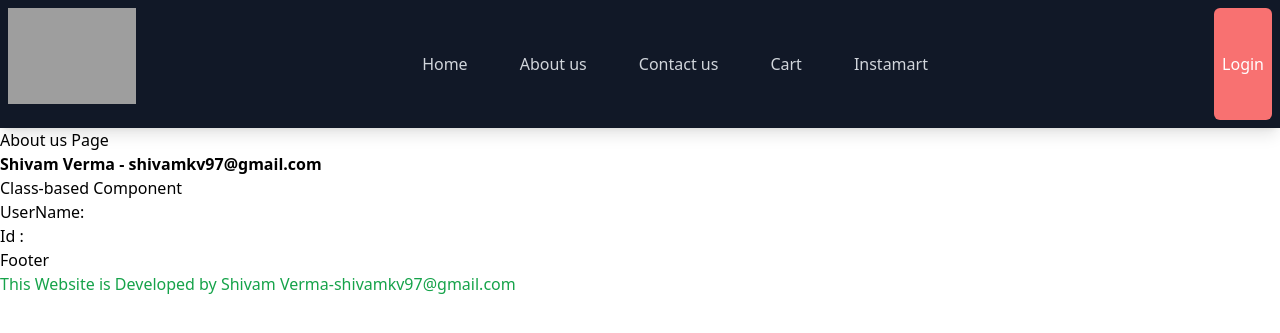
Repository: shivamv97/FOOD-VILLA-APP
Page: /About
An editor plug-in stored every save of this project. The page is shown before and after the next save, followed by the edit.
The browser window is 1280 px wide. The pictures show the whole page.
Pictures or frames that could not be fetched are drawn as grey boxes. The page's requests for data from a server got no answer. The project was rebuilt for these pictures with package versions that can differ from the ones it lists, and the page was loaded fresh each time. No one was signed in, and anything a server would have sent is missing. Also part of the build but not shown: src/config.js, src/components/RestaurantCards.js, src/components/Shimmer.js, src/utils/shares.js, src/components/Body.js, src/components/Profile.js, src/components/Error.js, src/components/ContactUs.js and 2 more.

Above is the page before, as saved 2024-10-01 00:55:46.

After the next save:
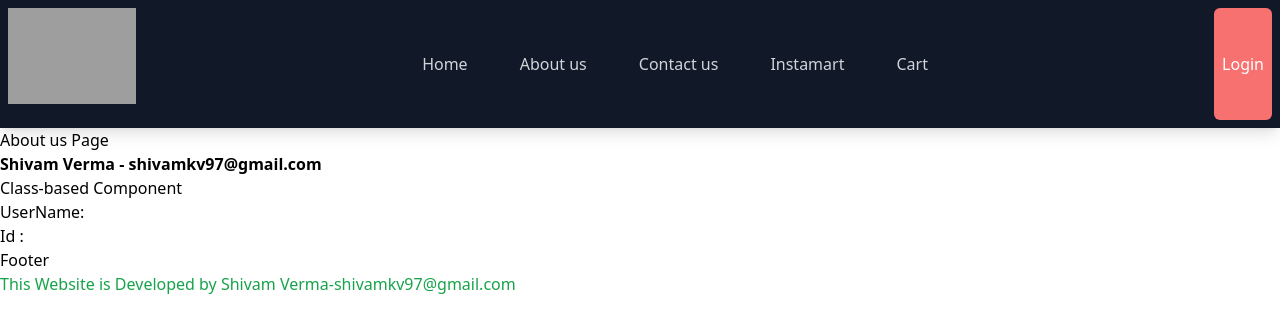
Saved 21 min 34 s later.
--- a/src/components/Title.js
+++ b/src/components/Title.js
@@ -39,10 +39,10 @@ const HeaderComponent = () => {
             <Link to="/Contact">Contact us</Link>
           </li>
           <li className="rounded-md py-3 px-2 font-medium text-gray-300 hover:bg-gray-500 hover:text-white">
-            <Link to="#">Cart</Link>
+            <Link to="/Instamart">Instamart</Link>
           </li>
           <li className="rounded-md py-3 px-2 font-medium text-gray-300 hover:bg-gray-500 hover:text-white">
-            <Link to="/Instamart">Instamart</Link>
+            <Link to="#">Cart</Link>
           </li>
         </ul>
       </div>
